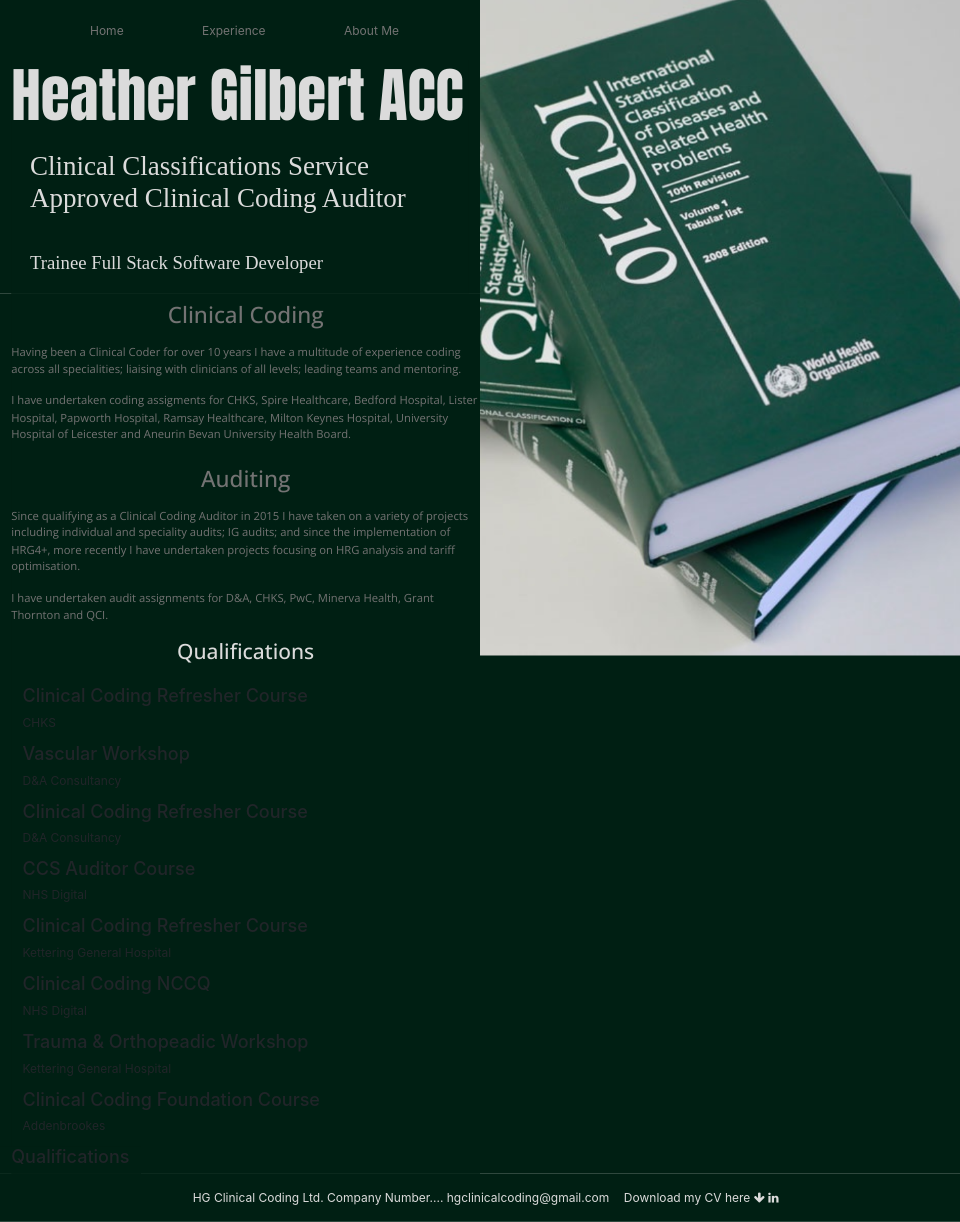
Repository: Code-Institute-Submissions/fsd-ms-project1-resume
Page: resume.html
The author's editor kept a record of every edit. The page is drawn from the files as they stood at one moment, then again after the next edit.
The browser window is 1280 px wide. The pictures show the whole page, at 75% of full size.
Some web fonts or font styles are not loaded; a fallback is used.

Above is the page before.

### resume.html
<!DOCTYPE html>
<html lang="en">

<head>
    <meta charset="UTF-8">
    <meta name="viewport" content="width=device-width, initial-scale=1.0">
    <meta http-equiv="X-UA-Compatible" content="ie=edge">
    <link rel="stylesheet" href="https://stackpath.bootstrapcdn.com/bootstrap/4.3.1/css/bootstrap.min.css" type="text/css" />
    <link rel="stylesheet" href="https://stackpath.bootstrapcdn.com/font-awesome/4.7.0/css/font-awesome.min.css" type="text/css" />
    <link rel="stylesheet" href="https://cdnjs.cloudflare.com/ajax/libs/hover.css/2.3.1/css/hover-min.css" type="text/css" />
    <link rel="stylesheet" href="assets/css/style.css" />
    <title>Heather Gilbert ACC</title>
</head>

<body>
    <img src="assets/images/icd.jpg" class="image col-md-6 bg-color no gutters" align="right"></img>
    <header>
        <nav class="col-md-6 no-gutters bg-color navbar">
            <a href="index.html" class="navbar-text">Home</a>
            <a href="resume.html" class="navbar-text">Experience</a>
            <a href="about.html" class="navbar-text">About Me</a>

        </nav>

    </header>
    <div class="col-md-6 main-name ">
        <div class="row bg-color no-gutters ">
            <div class="col heading ">
                <h1 class="name ">Heather Gilbert ACC</h1>
                <h3 class="title ">Clinical Classifications Service Approved Clinical Coding Auditor</h3>
                <h5 class="title2 ">Trainee Full Stack Software Developer</h5>
            </div>
        </div>
    </div>


    <section class="container-fluid">
        <div class="col-md-6 bg-color">
            <div class="row">
                <div>
                    <h4 class="coding-title">Clinical Coding</h4>
                    <p class="coding">
                        Having been a Clinical Coder for over 10 years I have a multitude of experience coding across all specialities; liaising with clinicians of all levels; leading teams and mentoring. </p>
                    <p class="coding">
                        I have undertaken coding assigments for CHKS, Spire Healthcare, Bedford Hospital, Lister Hospital, Papworth Hospital, Ramsay Healthcare, Milton Keynes Hospital, University Hospital of Leicester and Aneurin Bevan University Health Board.
                    </p>
                </div>
                <div>
                    <h4 class="audit-title">Auditing</h4>
                    <p class="audit">
                        Since qualifying as a Clinical Coding Auditor in 2015 I have taken on a variety of projects including individual and speciality audits; IG audits; and since the implementation of HRG4+, more recently I have undertaken projects focusing on HRG analysis
                        and tariff optimisation.</p>
                    <p class="audit">
                        I have undertaken audit assignments for D&A, CHKS, PwC, Minerva Health, Grant Thornton and QCI.
                    </p>
                </div>
            </div>
            <div class="row">
                <div class="col-md-12">
                    <div class="row">
                        <div class="col-12">
                            <h3 class="qualifications-heading">
                                Qualifications
                            </h3>
                        </div>
                    </div>
                    <div class="history-items">
                        <div class="timeline-item" data-dates="May 2019">
                            <h4>Clinical Coding Refresher Course</h4>
                            <p>CHKS</p>
                        </div>
                        <div class="timeline-item" data-dates="September 2018">
                            <h4>Vascular Workshop </h4>
                            <p>D&A Consultancy</p>
                        </div>
                        <div class="timeline-item" data-dates="April 2016">
                            <h4>Clinical Coding Refresher Course</h4>
                            <p>D&A Consultancy</p>
                        </div>
                        <div class="timeline-item" data-dates="June 2015">
                            <h4>CCS Auditor Course</h4>
                            <p>NHS Digital</p>
                        </div>
                        <div class="timeline-item" data-dates="January 2013">
                            <h4>Clinical Coding Refresher Course</h4>
                            <p>Kettering General Hospital</p>
                        </div>
                        <div class="timeline-item" data-dates="September 2010">
                            <h4>Clinical Coding NCCQ</h4>
                            <p>NHS Digital</p>
                        </div>
                        <div class="timeline-item" data-dates="November 2009">
                            <h4>Trauma & Orthopeadic Workshop</h4>
                            <p>Kettering General Hospital</p>
                        </div>
                        <div class="timeline-item" data-dates="October 2009">
                            <h4>Clinical Coding Foundation Course</h4>
                            <p>Addenbrookes</p>
                        </div>
                    </div>

                </div>
                <div class="row bg-color">
                    <h4 class="qualifications col-md-6">Qualifications</h4>
                    <div class="row">



                    </div>
                </div>
            </div>
    </section>



    <footer class="container-fluid no gutters">
        <div id="footer-details" class="row">
            <div class="col-sm-12 inline-block">
                <span class="col-sm-6">HG Clinical Coding Ltd. Company Number.... hgclinicalcoding@gmail.com</span>
                <span col-sm-6>Download my CV here</span>
                <a href="assets/CV/CV_2018.pdf" target="_blank" class="cv-pdf">
                       <i class="fa fa-arrow-down" aria-hidden="true"></i>
                       <span class="sr-only">Download link.</span>
                   </a>
                <span class="list-inline-item">
                    <a target="_blank" href="#">
                           <i class="fa fa-linkedin" aria-hidden="true"></i>
                           <span class="sr-only">LinkedIn</span>
                </a>
                </span>
                </ul>
            </div>
        </div>

    </footer>

</body>

</html>

### assets/css/style.css
@import url('https://fonts.googleapis.com/css?family=Anton:100,200,300,400,500,600,700|Enriqueta:100,200,300,400,500,600,700|Open+Sans:100,200,300,400,500,600,700|Roboto:100,200,300,400,500,600,700 &display=swap');


/*-----------------------------------------Colours*/

.bg-color {
    background-color:#001f13;
}



.image {
    padding:0;
    margin-bottom:60px;
    position:sticky;
    top:0;
}



/*-----------------------------------------Special paddings/margins/text*/


/*-----------------------------------------Header*/

.navbar {
    display:block;
    padding:20px;

}

.navbar-text {
    padding-left: 100px;
    color:#737373;
}



.name {
    font-family: 'Anton', sans-serif;
    font-size: 79px;
    margin:0;
    color:#dbdbdb;
    padding:0px;
}

.title {
    font-family: 'Enriqueta', serif;
    font-size: 36px;
    margin: 0px;
    color:#dbdbdb;
    padding:25px;
}

.title2 {
    font-family: 'Enriqueta', serif;
    font-size:25px;
    margin:0px;
    color:#dbdbdb;
    padding:25px;
}

/*-----------------------------------------Hover.css*/

a:hover {
    color:#dbdbdb;
    text-decoration: none;
}

/*-----------------------------------------Footer*/

footer {
    background-color: #001f13;
    color:#dbdbdb;
    min-height:50px;
    margin: 0;
    text-align:center;
}

.company-name {
    margin:0;
    padding:0;
}

.company-details {
    font-size:10px;
    margin:0;
    padding:0;
}

#footer-details {
    padding: 20px;
}

.fa {
    color:#dbdbdb;
}


/*-----------------------------------------Main Page Summary*/

.blurb {
    font-family: 'Open Sans', sans-serif;
    font-size:14px;
    color:#737373;
    margin:0px;
    padding:25px;
}

section {
    background-color: #001f13;
    margin: 0;
}

.main-name {
    background-color: #001f13;
    margin: 0;
}

.blurb-text {
    margin:15px;
    text-align: center;
    margin-left:25px;
}


/*-----------------------------------------Work / Education History*/

.work-section {
    text-align:center;
}


.bg-resume {
    margin:0;
    padding:0;
}

.coding-title, .audit-title {
    font-family: 'Open Sans', sans-serif;
    color:#737373;
    margin-bottom: 10px;
    margin-top: 10px;
    padding-bottom:10px;
    font-size: 30px;
    font-weight: 500;
    text-align: center;

}



.coding {
    font-family: 'Open Sans', sans-serif;
    color:#737373;
    margin-bottom: 10px;
    padding-bottom:10px;
    font-size: 15px;
}


.audit {
    font-family: 'Open Sans', sans-serif;
    color:#737373;
    margin-bottom: 10px;
    margin-top:10px;
    padding-bottom:10px;
    font-size:15px;
}

.qualifications-heading {
    color: #dbdbdb;
    margin-bottom: 30px;
    text-align: center;
    font-family: 'Open Sans', sans-serif;
    font-weight: 500;
}



/*dates of timeline*/

.timeline-data:before {
    content: attr(data-dates);
    position: absolute;
    left: 3em;
    top: 1em;
    display: block;
    font-family:'Enriqueta', serif;
    font-size: 11px;
}


/*dots on timeline*/

.timeline-data:after {
    width: 12px;
    height: 12px;
    display: block;
    top: 2.4em;
    position: absolute;
    left: -6px;
    border-radius: 12px;
    content: "";
    background: #dbdbdb;
}

/*timeline writing*/

.timeline-data {
    padding: 1.5em 2em 1em 2em;
    position: relative;
    color: #dbdbdb;
    border-left: 1.5px solid;
    font-size:15px;
}

.timeline-data p {
    padding: 0;
    margin: 0;
    font-family: 'Open Sans', sans-serif;
    font-size: 10px;
}

.timeline-data h4 {
    font-family: 'Open Sans', sans-serif;
    font-size:15px;
    margin-top:7px;
    padding-top: 2px;
}


/*-----------------------------------------About Me*/

.about-title {
    color: #737373;
    margin:0;
    padding:10px;
    font-size:20px;
    font-weight:500;
}

.about-item {
    color: #737373;
    margin:0;
    padding:5px;
    font-size:15px;
}




/*-----------------------------------------Contact Form*/


.form {
    display:inline;
    padding:0;
}

.form-control {
    display:block;
    padding-left:10px;
}


button[type="submit"] {
    margin-top: 15px;
    margin-bottom: 20px;
    background-color: #b3cccc;
    align:center;
}

.form-thanks {
    color: #737373;
    text-align: center;
}


/*-----------------------------------------Media Queries*/

@media(min-width: 992px) {
    .form {
        padding-top: 30px;
        min-height:240px;
        margin: 0 auto;
        max-width: 50%;
    }

After the next edit:
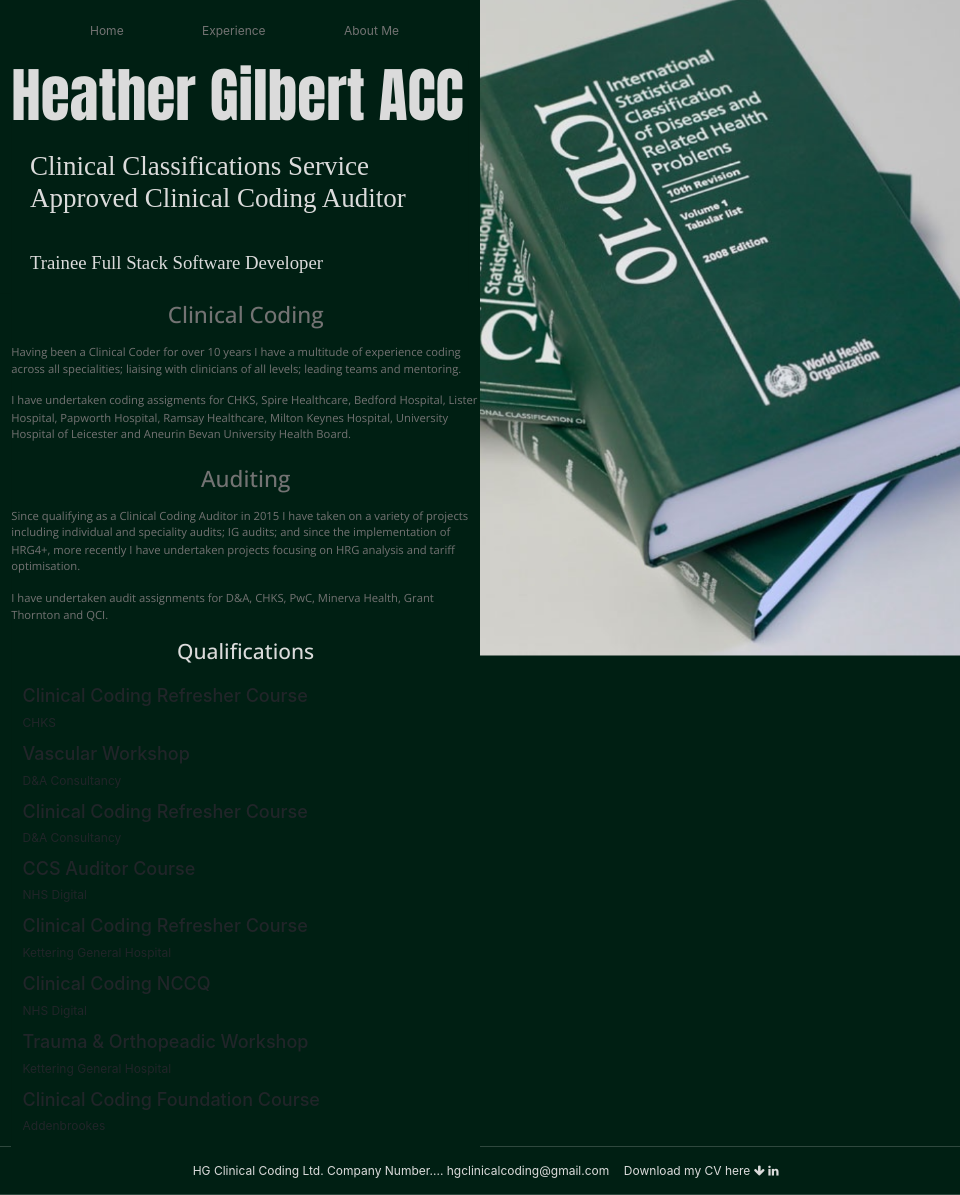
The edit:
--- a/resume.html
+++ b/resume.html
@@ -98,15 +98,6 @@
                             <p>Addenbrookes</p>
                         </div>
                     </div>
-
-                </div>
-                <div class="row bg-color">
-                    <h4 class="qualifications col-md-6">Qualifications</h4>
-                    <div class="row">
-
-
-
-                    </div>
                 </div>
             </div>
     </section>
